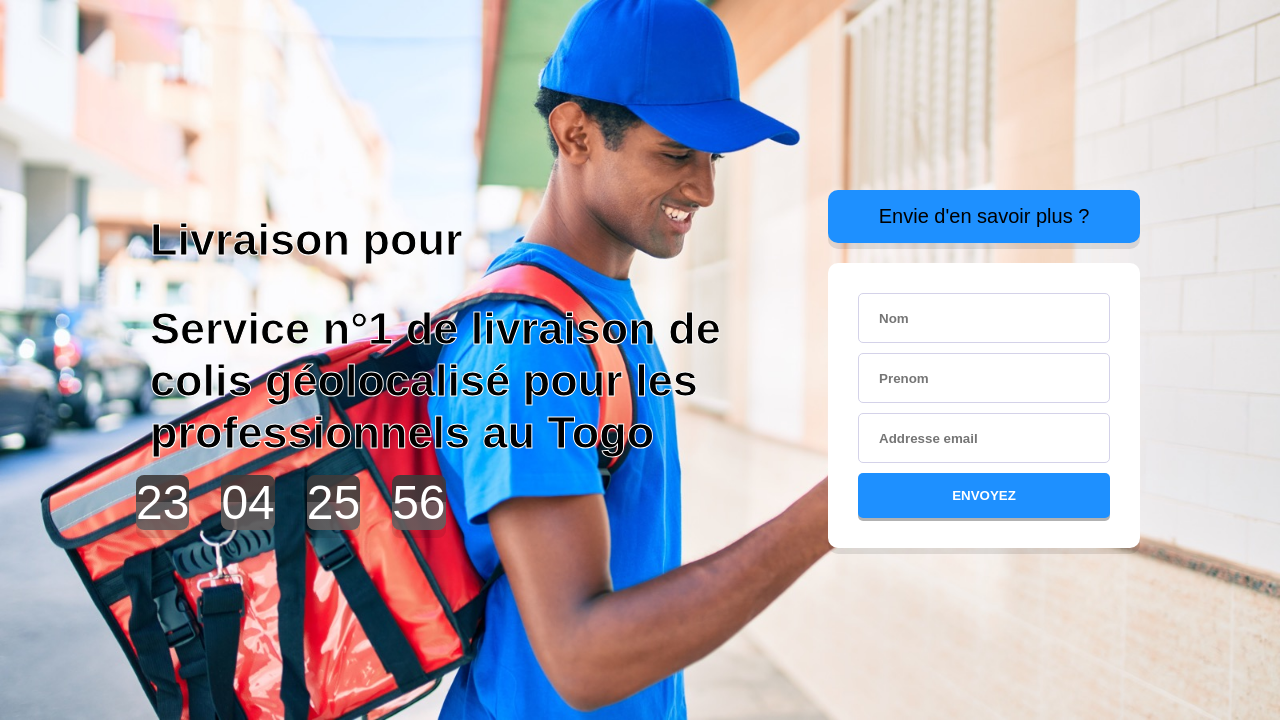
Repository: lawalalao/landpage
Page: index.html
These files come from the project's save history. The page is drawn as it stood at one moment and after the next save; the edit follows.
The browser window is 1280 px wide. The pictures show the whole page.
Some web fonts or font styles are not loaded; a fallback is used.

Above is the page before, as saved 2021-01-12 19:55:38.
Console error: TypeError: Cannot read properties of null (reading 'addEventListener')

After the next save:
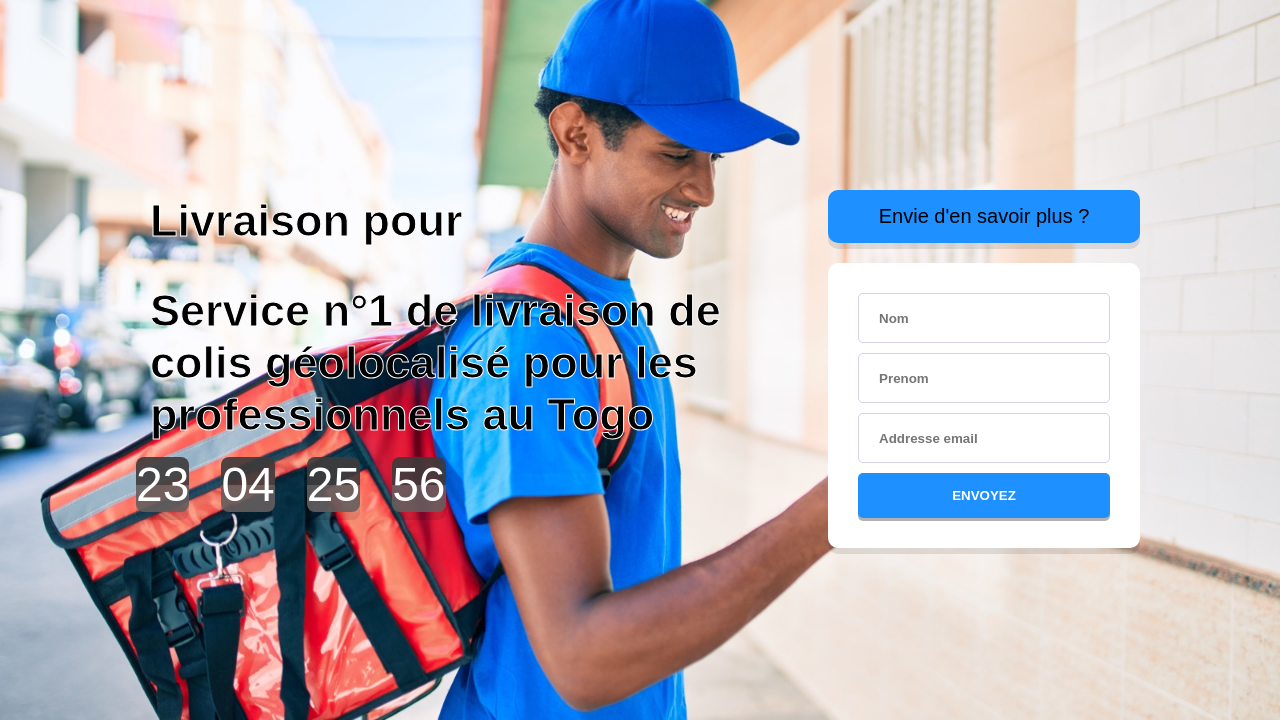
Saved 41 s later.
--- a/style.css
+++ b/style.css
@@ -199,7 +199,7 @@ input:hover {
 
      }
 
-    .signup-intro{
+    .z{
         margin-top: 35px;
     }
  }
